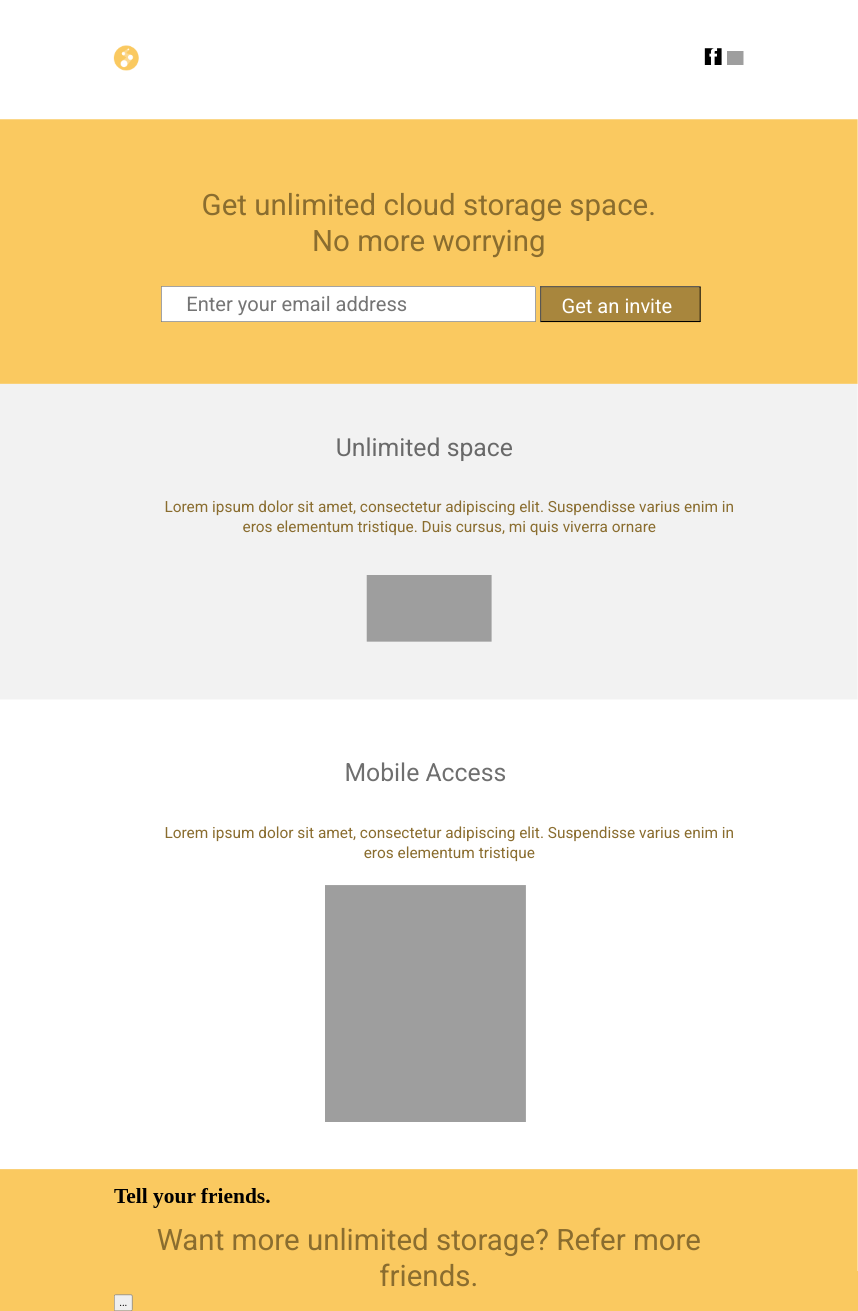
Repository: AndreyMykulych/user_home_work_Mykulych
Page: index.html
An editor plug-in stored every save of this project. The page is shown before and after the next save, followed by the edit.
The browser window is 1280 px wide. The pictures show the whole page, at 67% of full size.
Pictures or frames that could not be fetched are drawn as grey boxes.

Above is the page before, as saved 2023-02-27 18:09:54.

### index.html
<!DOCTYPE html>
<html lang="en">
<head>
    <meta charset="UTF-8">
    <meta http-equiv="X-UA-Compatible" content="IE=edge">
    <meta name="viewport" content="width=device-width, initial-scale=1.0">
    <title>Document</title>
    <link  rel="stylesheet"  href="styles/normalize.css">
    <link  rel="stylesheet"  href="styles/style.css">
    <link rel="preconnect" href="https://fonts.googleapis.com">
<link rel="preconnect" href="https://fonts.gstatic.com" crossorigin>
<link href="https://fonts.googleapis.com/css2?family=Roboto&display=swap" rel="stylesheet">

</head>
<body>
<div class="wrapper">
        <h1 class="first-block">
            <img class="logo-Photo" src="/3/img/IMAGE.png" alt="main">
        </h1>

            <h1 class="second-block">
                <img class="Fb-Photo" src="data:[embedded picture, 1466 characters]" alt="FB">
                <img class="Twit-Photo" src="https://cdn-icons-png.flaticon.com/512/733/733635.png" alt="Twitter">
            </h1>
</div>
<div class="input-back">
    <div class="input-conteiner">
        <p class="text_1">Get unlimited cloud storage space.</p>
        <p class="text_2">No more worrying</p>
        <form>
            <input placeholder="Enter your email address" type="email" id="email" name="email">
            <button>Get an invite</button>
          </form>
    </div>
</div>
<div class="full_Content">
    <div class="content_first">
     <h1>Unlimited space</h1>
     <p>Lorem ipsum dolor sit amet, consectetur adipiscing elit. Suspendisse varius enim in eros elementum tristique. Duis cursus, mi quis viverra ornare</p>
     <img  class="infinity" src="https://www.freepnglogos.com/uploads/infinity-symbol-png/infinity-symbol-clipart-download-best-infinity-14.png" >
    </div>
</div>
<div class="content_second">
    <h1>Mobile Access</h1>
    <p>Lorem ipsum dolor sit amet, consectetur adipiscing elit. Suspendisse varius enim in eros elementum tristique</p>
    <img src="https://assets.stickpng.com/images/5a452598546ddca7e1fcbc80.png">
</div>
<div class="input-back">
    <div class="content_third">
    <h1>Tell your friends.</h1>
    <p>Want more unlimited storage? Refer more friends.</p>
    <button class="standart_btn">...</button>
</div>
</div>
</body>
</html>

### styles/style.css
*{
    box-sizing: border-box;
}

.wrapper {
    margin: 0 auto;
    width: 940px;
    margin-top:47px;
}


h1 {
    display: inline-block;
}


.first-block {
    text-align: left;
}


.second-block {
    float: right;
}


.logo-Photo {
    width: 37px;
    height: 37px;
}


.Fb-Photo {
width: 25px;
height: 25px;
}


.Twit-Photo{
    width: 25px;
    height: 21px;
}


.input-back{
    width: 100%;
    background-color: #FAC960;
    height: auto;
    margin-top:43px;

}


.input-conteiner {
    width: 940px;
    margin: 0 auto;
   padding-top:91px;
   padding-bottom: 92px;
}


p {
    margin: 0px;
    display: block;
    font-family: 'Roboto', sans-serif;
    text-align: center;
    font-style: normal;
    font-weight: 400;
    font-size: 44px;
    line-height: 54px;
    color: #8A6D2F;
}



.text_1 {
    padding-top: 10px;
}


.text_2{

    margin-top: 0px;
}



form {
    display: inline-block;
    margin-top: 40px;

}



input {
    padding-left: 36px;
    width: 560px;
    height: 54px;
    font-family: 'Roboto';
font-style: normal;
font-weight: 400;
font-size: 30px;
line-height: 54px;
color: #999999;
margin-left: 70px;
}

.input-conteiner form button {
      position: absolute;
      width: 240px;
      color: #fff;
      background-color: #A8863D;
      text-align: left;
      padding-left: 30px;
      height: 54px;
      margin-left: 6px;
      font-family: 'Roboto';
      font-style: normal;
      font-weight: 400;
      font-size: 30px;
      line-height: 54px;
      border-radius: 0px 2px 2px 0px;
}

.full_Content{
    height: auto;
    width: 100%;
    display: inline-block;
    background-color: #F2F2F2;
}
.content_first {
    width: 940px;
   margin: 0 auto;

}
.content_first h1{
font-size: 37px;
color: #000000;
opacity: 56%;
font-family: 'Roboto';
font-style: normal;
font-weight: 400;
line-height: 36px;
/* identical to box height, or 97% */
margin-top: 77px;
margin-left:331px;
text-align: center;
}

.content_first p{
    font-size: 23px;
    text-align: center;
    font-family: 'Roboto';
font-style: normal;
font-weight: 400;
line-height: 30px;
margin-top: 32px;
margin-left: 61px;
}

.content_first img{
    width: 187px;
    height:100px;
    margin-left: 377px;
    margin-top: 56px;
    margin-bottom: 81px;
}
.content_second {
    width : 940px;
    margin: 0 auto;
    height: auto;
}
.content_second h1{
margin-top: 88.62px;
padding-top:4px;
margin-left: 344px;
font-family: 'Roboto';
font-style: normal;
font-weight: 400;
font-size: 37px;
line-height: 36px;
color: #000000;
opacity: 56%;
}
.content_second img{
    width: 300px;
    height: 354px;
    margin-left: 315px;
    margin-bottom: 22px;
}
.content_second p{
    margin-top:32px;
    margin-left: 61px;
    font-family: 'Roboto';
font-style: normal;
font-weight: 400;
font-size: 23px;
line-height: 30px;
margin-bottom: 32px;
}
.content_third {
width: 940px;
height: auto;
margin: 0 auto;

}
.content_third h1{
    text-align: center;
}

Loaded but not shown: styles/normalize.css (library)

After the next save:
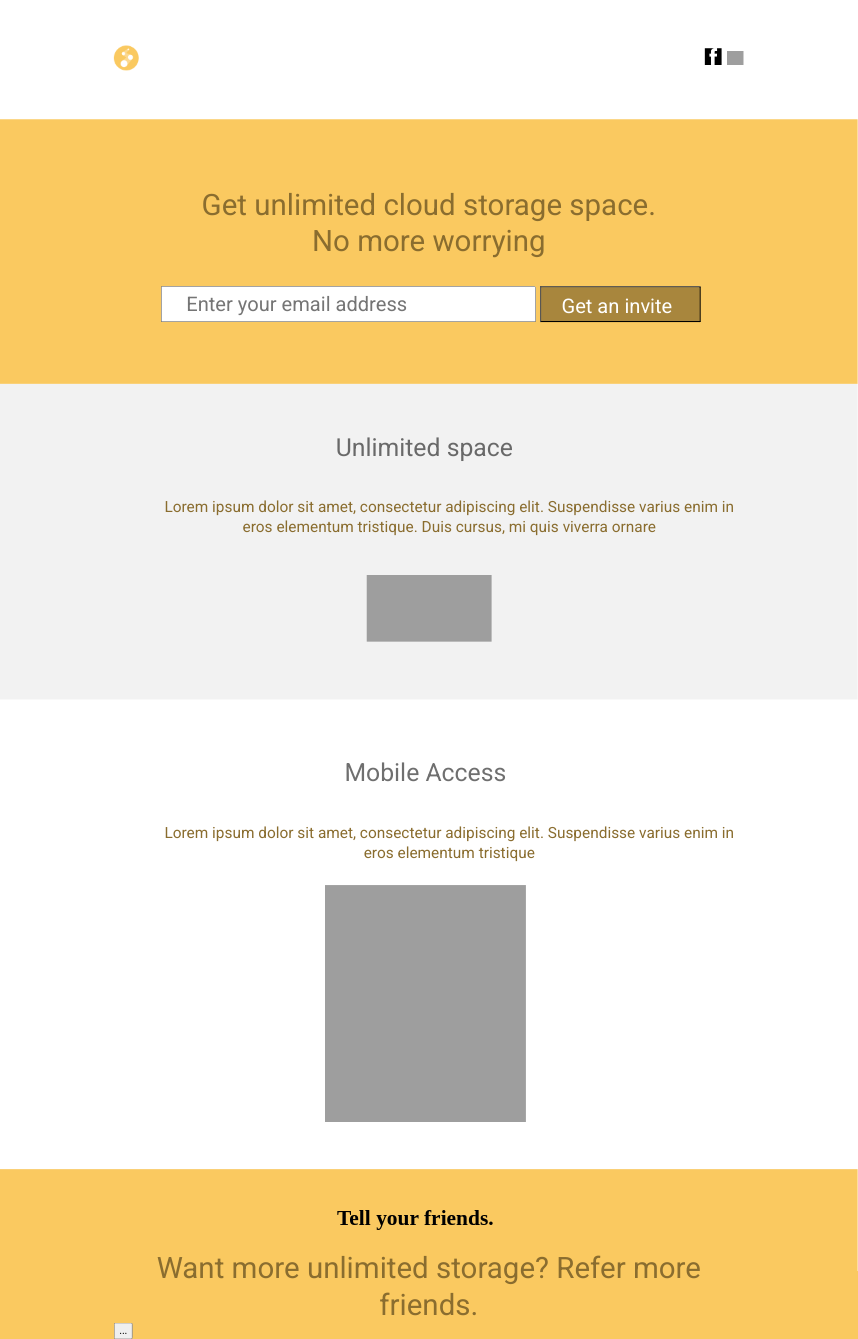
Saved 59 s later.
--- a/styles/style.css
+++ b/styles/style.css
@@ -206,5 +206,7 @@ margin: 0 auto;
 
 }
 .content_third h1{
-    text-align: center;
-}
+    margin-left: 333px;
+    margin-top:54px ;
+    margin-bottom: 31px;
+}
